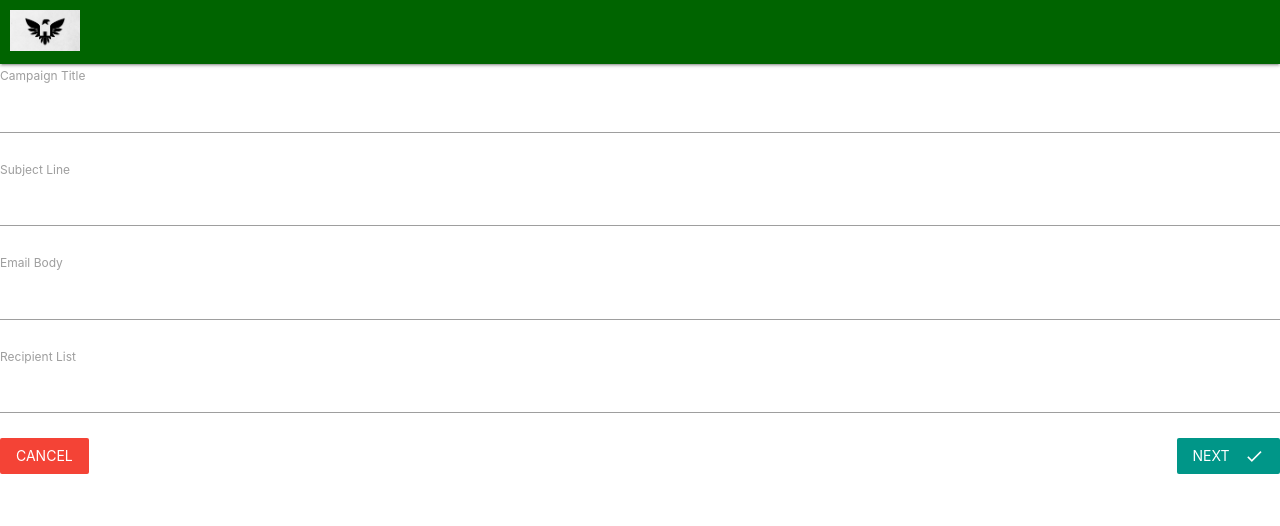
Repository: deepakgautam/SurveyApplication
Page: /surveys/new (app in client/)
These files come from the project's save history. The page is drawn as it stood at one moment and after a run of saves; the edit follows.
The browser window is 1280 px wide. The pictures show the whole page.
The page's requests for data from a server got no answer. The project was rebuilt for these pictures with package versions that can differ from the ones it lists, and the page was loaded fresh each time. No one was signed in, and anything a server would have sent is missing. Also part of the build but not shown: client/src/components/payments.js, client/src/components/landing.js, client/src/components/surveys/surveyList.js, client/src/components/dashboard.js, client/src/components/surveys/surveyFormReview.js.

Above is the page before, as saved 2018-06-24 22:07:57.

After the next 2 saves:
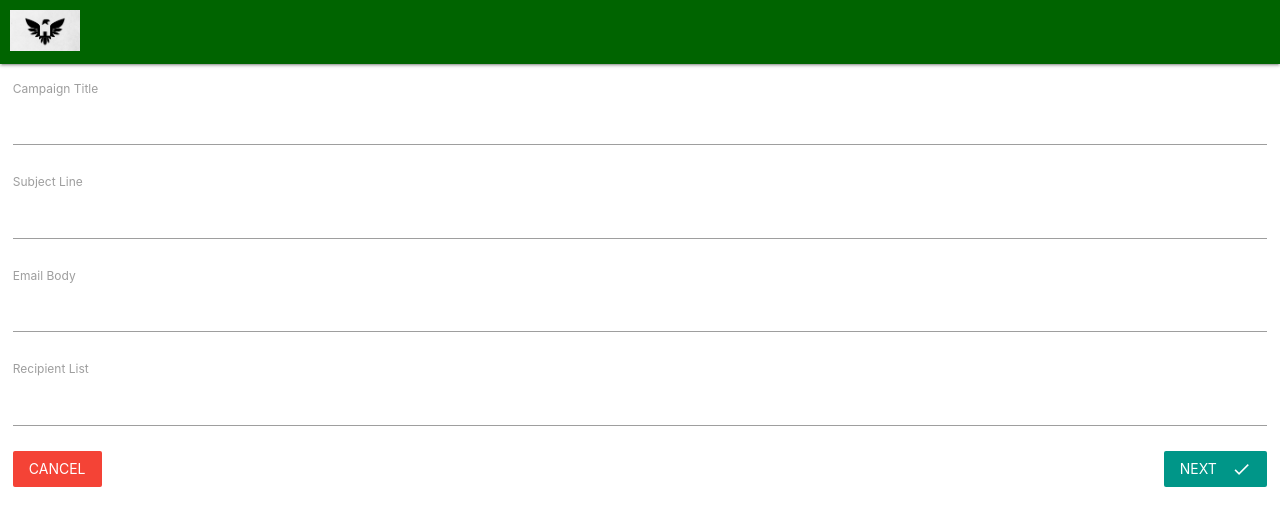
The 2 saves are shown as one change because 1 did not build or start.
The last was saved 73 min 29 s later.
--- a/client/src/components/surveys/surveyForm.js
+++ b/client/src/components/surveys/surveyForm.js
@@ -23,7 +23,7 @@
 
   render() {
     return (
-      <div>
+      <div style ={{margin:'1%'}}>
         <form onSubmit={this.props.handleSubmit(this.props.onSurveySubmit)}>
           {this.renderFields()}
           <Link to="/surveys" className="red btn-flat white-text">

After the save that followed:
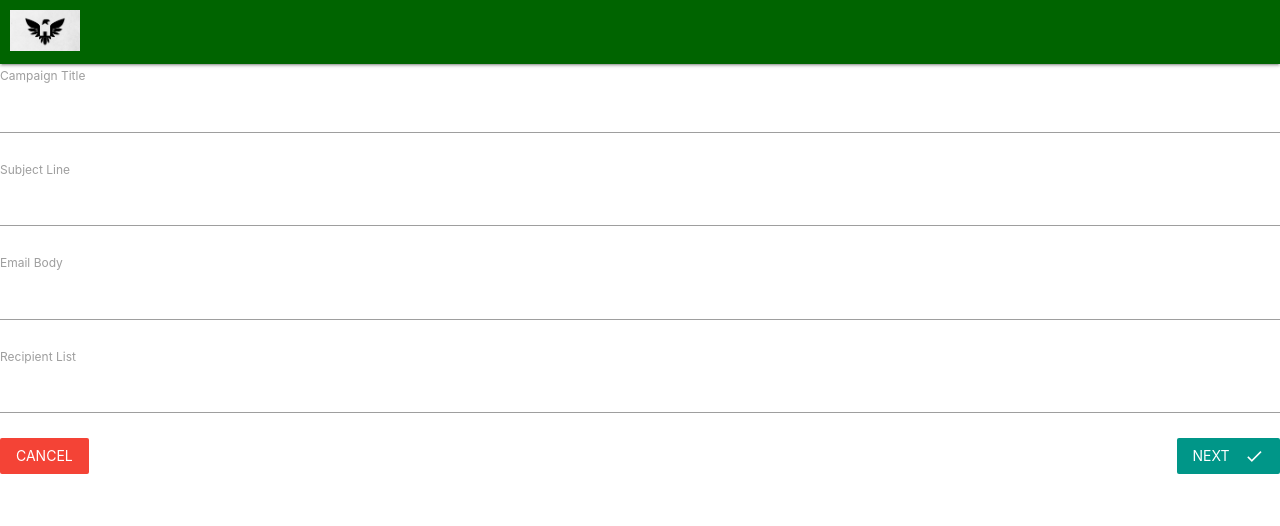
Saved 37 s later.
--- a/client/src/components/surveys/surveyForm.js
+++ b/client/src/components/surveys/surveyForm.js
@@ -23,7 +23,7 @@
 
   render() {
     return (
-      <div style ={{margin:'1%'}}>
+      <div className="survey_form">
         <form onSubmit={this.props.handleSubmit(this.props.onSurveySubmit)}>
           {this.renderFields()}
           <Link to="/surveys" className="red btn-flat white-text">
